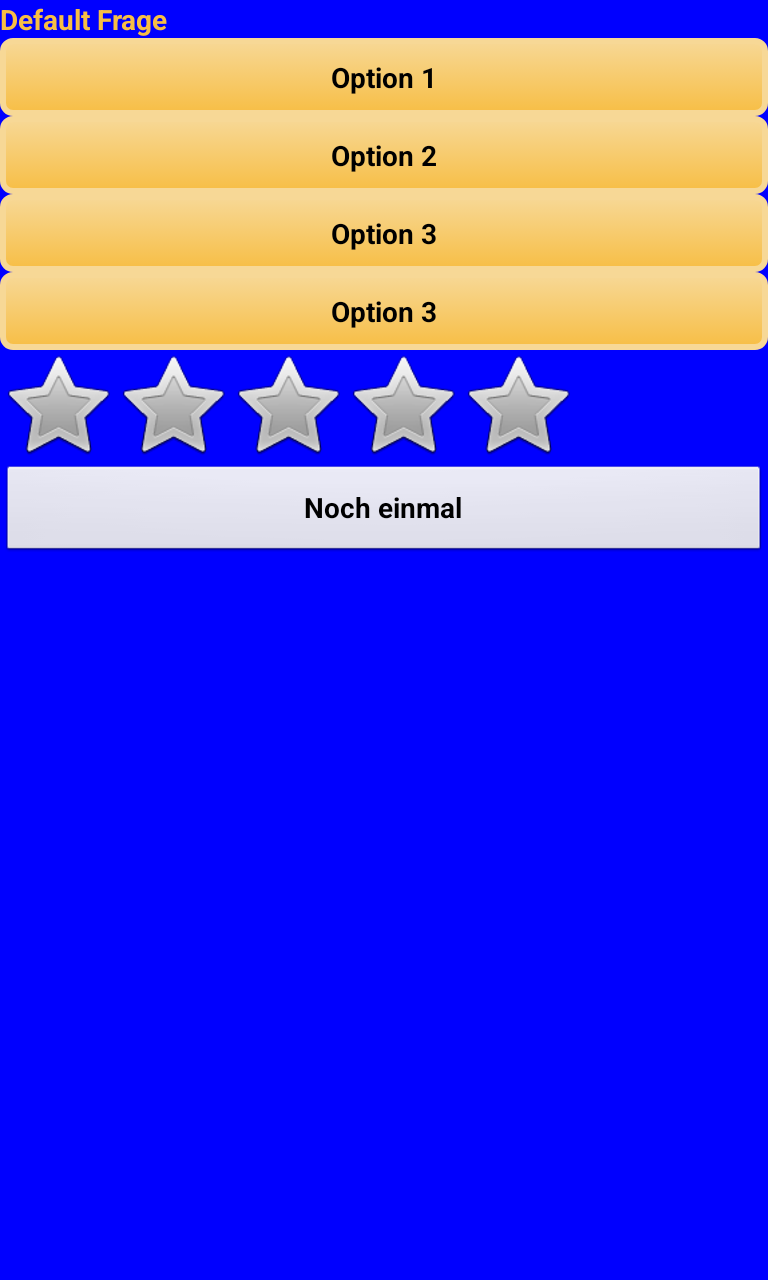
Repository: rueckemann/WWM
Layout: WWM/res/layout/main.xml
The author's editor kept a copy of each file at every save. The layout is drawn from the files as they stood at one save, then again after the next save.
It is drawn on a 768 x 1280 px phone screen (xhdpi) without system bars, with theme WWM_Style; the app's code is not run.

Above is the layout before, as saved 2012-02-20 20:36:01.

### WWM/res/layout/main.xml
<?xml version="1.0" encoding="utf-8"?>

<LinearLayout xmlns:android="http://schemas.android.com/apk/res/android"
	    android:id="@+id/Layout1"
	    android:layout_width="fill_parent"
	    android:layout_height="fill_parent"
	    android:orientation="vertical" >


    <TextView
        android:id="@+id/tvQuestion"
        android:layout_width="fill_parent"
        android:layout_height="wrap_content"
        android:text="@string/frage" />

		<Button
            android:id="@+id/btOption1"
            android:layout_width="fill_parent"
            android:layout_height="wrap_content"
            android:background="@drawable/button_selector"
            android:text="@string/option1" />
    <Button
        android:id="@+id/btOption2"
        android:layout_width="fill_parent"
        android:layout_height="wrap_content"
        android:background="@drawable/button_selector"
        android:text="@string/option2"  />

    <Button
        android:id="@+id/btOption3"
        android:layout_width="fill_parent"
        android:layout_height="wrap_content"
        android:background="@drawable/button_selector"
        android:text="@string/option3" />


    <Button
        android:id="@+id/btOption4"
        android:layout_width="fill_parent"
        android:layout_height="wrap_content"
        android:background="@drawable/button_selector"
        android:text="@string/option4" />

 <RatingBar
        android:id="@+id/ratingBar1"
        android:layout_width="wrap_content"
        android:layout_height="wrap_content"
        android:stepSize="1"
        android:numStars="5" />

    <Button
        android:id="@+id/btRetry"
        android:layout_width="fill_parent"
        android:layout_height="wrap_content"
        android:text="@string/retry" />

</LinearLayout>

### WWM/res/values/styles.xml
<?xml version="1.0" encoding="utf-8"?>
<resources>

   <style name="WWM_Style" parent="android:Theme.Light">

	    <item name="android:textSize">14sp</item>
	    <item name="android:textColor">#F7BE45</item>
	    <item name="android:textStyle">bold</item>

        <item name="android:windowTitleBackgroundStyle">@color/titlebackgroundcolor</item>
        <item name="android:background">@color/blue</item>
    </style>

   <style name="WWM_TextAppearance" parent="@android:style/TextAppearance">
	  </style>
</resources>

### WWM/res/values/colors.xml
<?xml version="1.0" encoding="utf-8"?>
<resources>
     <color name="black">#000</color>
     <color name="blue">#00f</color>
     <color name="red">#f00</color>
     <color name="grey">#f00</color>
     <color name="yellow1">#F9E60E</color>
	   <color name="yellow2">#F9F89D</color>
	   <color name="orange4">#F7BE45</color>
	   <color name="orange5">#F7D896</color>
	   <color name="blue2">#19FCDA</color>
	   <color name="blue25">#D9F7F2</color>
	   <color name="grey05">#ACA899</color>
	   <color name="white1">#FFFFFF</color>
	   <color name="white2">#DDDDDD</color>

     <color name="titlebackgroundcolor">#3232CD</color>
     <color name="backgroundcolor">#3232CD</color>
     <color name="titletextcolor">#FFFF00</color>

</resources>

### WWM/res/values/strings.xml
<?xml version="1.0" encoding="utf-8"?>
<resources>

    <string name="app_name">Wer wird Millionär?</string>

    <string name="frage">Default Frage</string>
    <string name="stufe">Stufe 1</string>
    <string name="option1">Option 1</string>
    <string name="option2">Option 2</string>
    <string name="option3">Option 3</string>
    <string name="option4">Option 3</string>

    <string name="retry">Noch einmal</string>
</resources>

### WWM/res/drawable-hdpi/button_selector.xml
<?xml version="1.0" encoding="UTF-8"?>

<selector
    xmlns:android="http://schemas.android.com/apk/res/android">

    <item android:state_pressed="true" >
        <shape>
            <gradient
                android:startColor="@color/blue"
                android:endColor="@color/blue"
                android:angle="270" />
            <stroke
                android:width="3dp"
                android:color="@color/grey" />
            <corners
                android:radius="3dp" />
            <padding
                android:left="10dp"
                android:top="10dp"
                android:right="10dp"
                android:bottom="10dp" />
        </shape>
    </item>

    <item android:state_focused="true" >
        <shape>
            <gradient
                android:endColor="@color/orange4"
                android:startColor="@color/orange5"
                android:angle="270" />
            <stroke
                android:width="3dp"
                android:color="@color/grey05" />
            <corners
                android:radius="3dp" />
            <padding
                android:left="10dp"
                android:top="10dp"
                android:right="10dp"
                android:bottom="10dp" />
        </shape>
    </item>

    <item>
        <shape>
            <gradient
                android:endColor="@color/orange4"
                android:startColor="@color/orange5"
                android:angle="270" />
            <stroke
                android:width="3dp"
                android:color="@color/orange5" />
            <corners
                android:radius="5dp" />
            <padding
                android:left="10dp"
                android:top="10dp"
                android:right="10dp"
                android:bottom="10dp" />
        </shape>
    </item>
</selector>

After the next save:
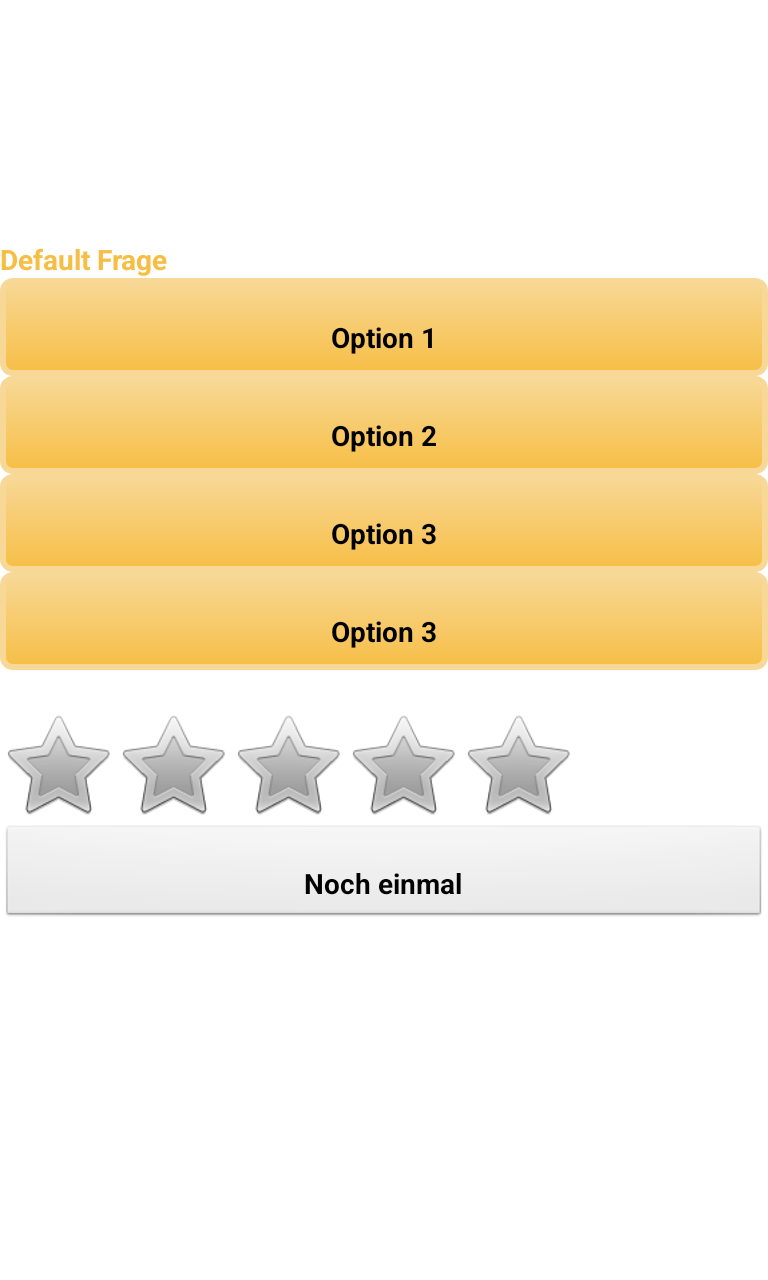
Saved 110 s later.
--- a/WWM/res/values/styles.xml
+++ b/WWM/res/values/styles.xml
@@ -8,7 +8,7 @@
 	    <item name="android:textStyle">bold</item>
 
         <item name="android:windowTitleBackgroundStyle">@color/titlebackgroundcolor</item>
-        <item name="android:background">@color/blue</item>
+        <item name="android:paddingTop">20dp</item>
     </style>
 
    <style name="WWM_TextAppearance" parent="@android:style/TextAppearance">
